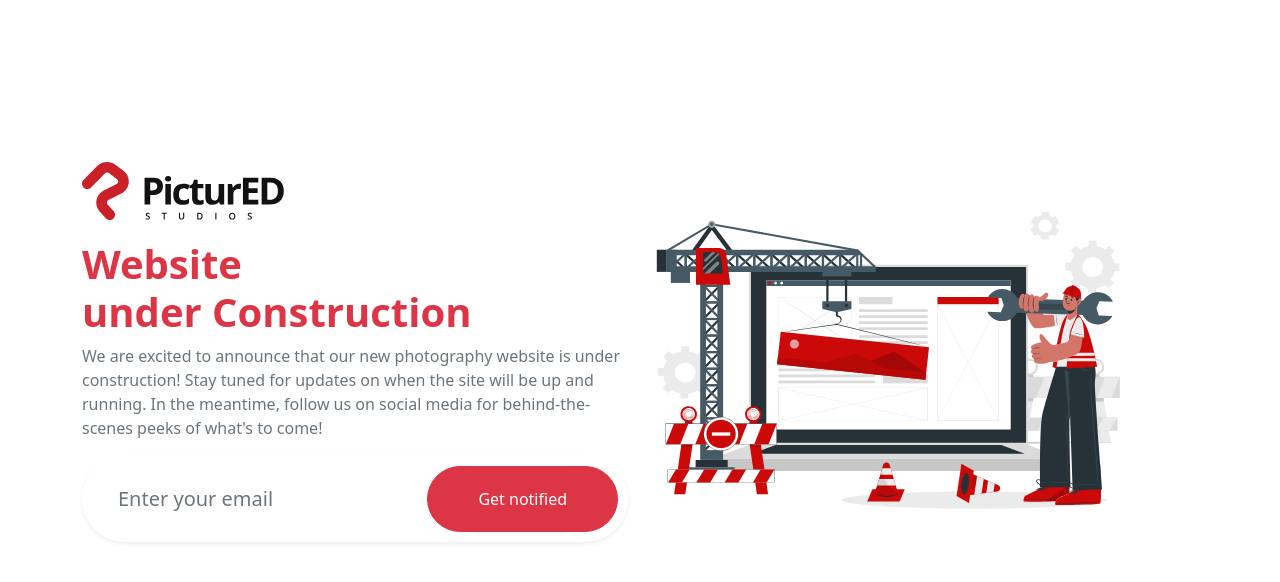
Repository: tHEO2k17/pictured
Page: /
These files come from the project's save history. The page is drawn as it stood at one moment and after the next save; the edit follows.
The browser window is 1280 px wide. The pictures show the whole page.
The project was rebuilt for these pictures with package versions that can differ from the ones it lists, and the page was loaded fresh each time.

Above is the page before, as saved 2022-09-14 14:30:20.

After the next save:
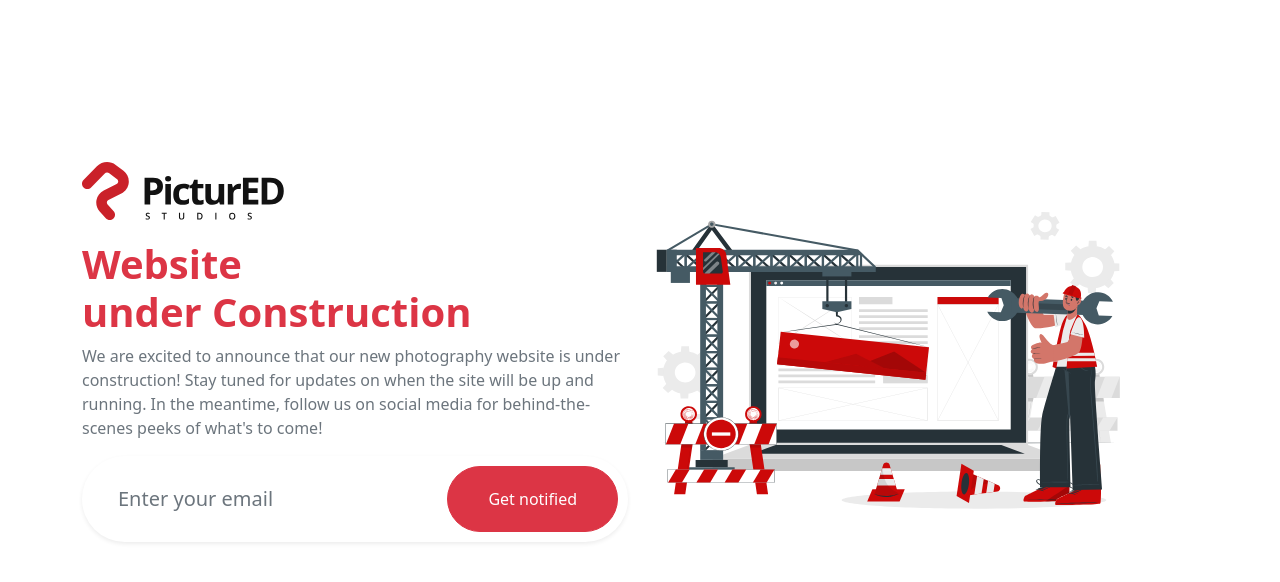
Saved 10 s later.
--- a/src/index.scss
+++ b/src/index.scss
@@ -10,7 +10,7 @@
   margin-left: 20px;
   border-radius: 50px;
   font-size: 16px;
-  padding: 20px 50px 20px 50px ;
+  padding: 20px 40px 20px 40px ;
 }
 
 .form-control {
